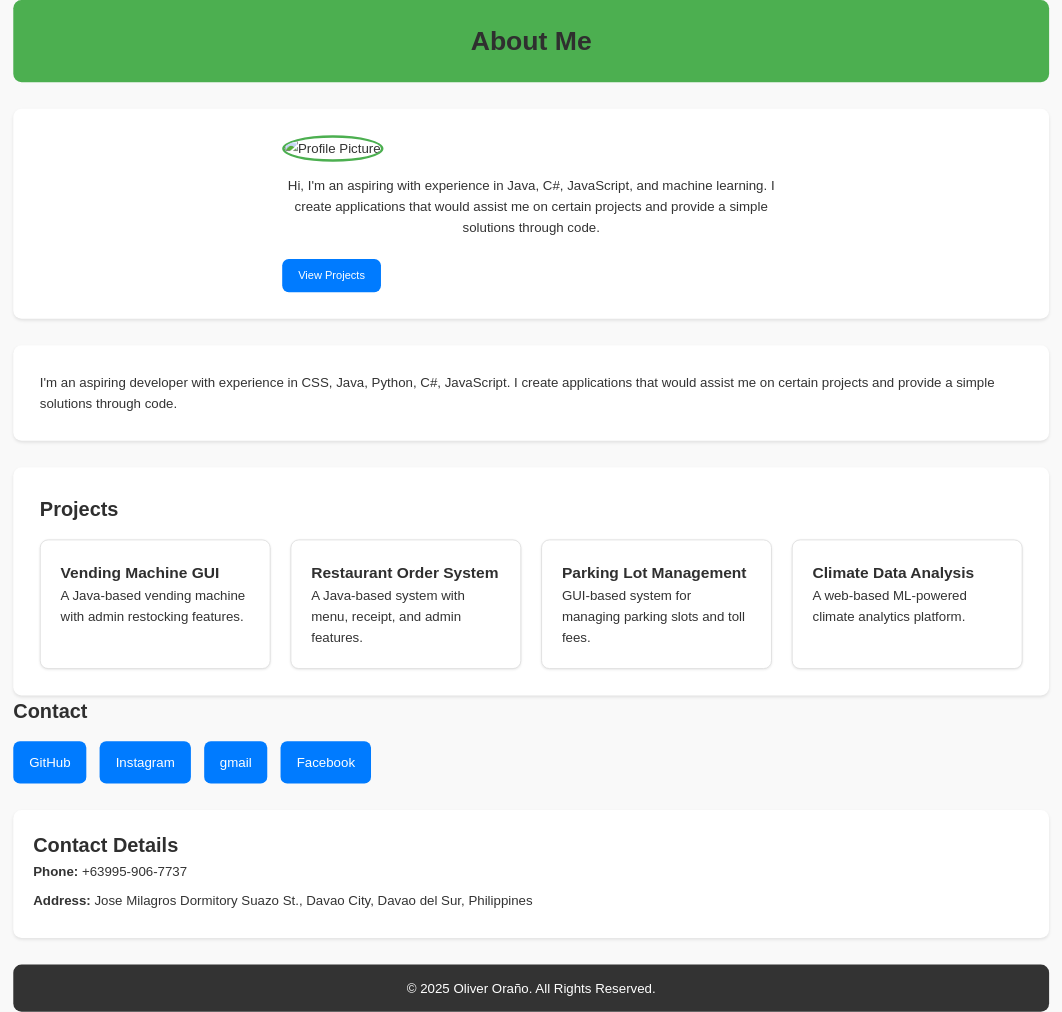
Repository: nightmar3fuel/portfolio.html
Page: my.html
These files come from the project's save history. The page is drawn as it stood at one moment and after the next save; the edit follows.
The browser window is 1280 px wide. The pictures show the whole page, at 83% of full size.

Above is the page before, as saved 2025-02-06 14:17:32.
Not found: profile.jpg

### my.html
<!DOCTYPE html>
<html lang="en">

<head>
    <meta charset="UTF-8">
    <meta name="viewport" content="width=device-width, initial-scale=1.0">
    <title>About Me - Portfolio</title>
    <link rel="stylesheet" href="styles.css">
</head>

<body>
    <header>
        <h1>About Me</h1>
    </header>
    <section id="profile">
        <div class="profile-container">
            <img src="profile.jpg" alt="Profile Picture" class="profile-picture">
            <p class="profile-description">Hi, I'm an aspiring with experience in Java, C#, JavaScript, and machine learning. I create applications that would assist me on certain projects and provide a simple solutions through code.</p>
            <button class="view-projects-btn" onclick="window.location.href='projects.html'">View Projects</button>
        </div>
    </section>
    <section id="about">
        <p>I'm an aspiring developer with experience in CSS, Java, Python, C#, JavaScript. I create applications that would assist me on certain projects and provide a simple solutions through code.</p>
    </section>
    <section id="projects">
        <h2>Projects</h2>
        <div class="project-container">
            <div class="project" onclick="openProject('#')">
                <h3>Vending Machine GUI</h3>
                <p>A Java-based vending machine with admin restocking features.</p>
            </div>
            <div class="project" onclick="openProject('#')">
                <h3>Restaurant Order System</h3>
                <p>A Java-based system with menu, receipt, and admin features.</p>
            </div>
            <div class="project" onclick="openProject('#')">
                <h3>Parking Lot Management</h3>
                <p>GUI-based system for managing parking slots and toll fees.</p>
            </div>
            <div class="project" onclick="openProject('#')">
                <h3>Climate Data Analysis</h3>
                <p>A web-based ML-powered climate analytics platform.</p>
            </div>
        </div>
    </section>
    <section id="contact">
        <h2>Contact</h2>
        <div class="contact-links">
            <a href="https://github.com/nightmar3fuel" target="_blank">GitHub</a>
            <a href="https://instagram.com/oliverrrrro" target="_blank">Instagram</a>
            <a href="oliverorano141@gmail.com">gmail</a>
            <a href="https://facebook.com/oliver.orano" target="_blank">Facebook</a>

        </div>
    </section>
    <section id="contact-details">
        <h2>Contact Details</h2>
        <p><strong>Phone:</strong> +63995-906-7737</p>
        <p><strong>Address:</strong> Jose Milagros Dormitory Suazo St., Davao City, Davao del Sur, Philippines</p>
    </section>
    <footer>
        <p>&copy; 2025 Oliver Oraño. All Rights Reserved.</p>
    </footer>
    <script src="script.js"></script>
</body>

</html>

### styles.css
/* General Reset */

* {
    margin: 0;
    padding: 0;
    box-sizing: border-box;
    font-family: 'Arial', sans-serif;
}

body {
    background-color: #f9f9f9;
    color: #333;
    line-height: 1.6;
    padding: 0 1rem;
}

header {
    background-color: #4CAF50;
    color: white;
    padding: 1.5rem 0;
    text-align: center;
    border-radius: 10px;
    margin-bottom: 2rem;
}

h1,
h2,
h3 {
    color: #2f2f2f;
}


/* Profile Section */

#profile {
    display: flex;
    flex-direction: column;
    align-items: center;
    text-align: justify;
    background: white;
    padding: 2rem;
    margin-bottom: 2rem;
    border-radius: 10px;
    box-shadow: 0 2px 4px rgba(0, 0, 0, 0.1);
}

.profile-picture {
    width: 150px;
    height: 150px;
    border-radius: 50%;
    object-fit: cover;
    border: 3px solid #4CAF50;
    margin-bottom: 1rem;
}

.profile-description {
    max-width: 600px;
    text-align: center;
    margin-bottom: 1.5rem;
}

.view-projects-btn {
    background-color: #007BFF;
    color: white;
    padding: 0.8rem 1.2rem;
    border: none;
    border-radius: 8px;
    cursor: pointer;
    transition: background-color 0.2s ease;
}

.view-projects-btn:hover {
    background-color: #0056b3;
}


/* About Section */

#about {
    background: white;
    padding: 2rem;
    margin-bottom: 2rem;
    border-radius: 10px;
    box-shadow: 0 2px 4px rgba(0, 0, 0, 0.1);
}


/* Projects Section */

#projects {
    background: white;
    padding: 2rem;
    border-radius: 10px;
    box-shadow: 0 2px 4px rgba(0, 0, 0, 0.1);
}

.project-container {
    display: grid;
    grid-template-columns: repeat(auto-fill, minmax(250px, 1fr));
    gap: 1.5rem;
    margin-top: 1rem;
}

.project {
    background-color: #fff;
    padding: 1.5rem;
    border: 1px solid #ddd;
    border-radius: 10px;
    box-shadow: 0 1px 3px rgba(0, 0, 0, 0.1);
    cursor: pointer;
    transition: transform 0.2s, box-shadow 0.2s;
}

.project:hover {
    transform: translateY(-5px);
    box-shadow: 0 4px 8px rgba(0, 0, 0, 0.2);
}


/* Contact Links */

.contact-links {
    display: flex;
    flex-wrap: wrap;
    gap: 1rem;
    margin: 1rem 0;
}

.contact-links a {
    text-decoration: none;
    color: white;
    background-color: #007BFF;
    padding: 0.8rem 1.2rem;
    border-radius: 8px;
    transition: background-color 0.2s ease;
    display: flex;
    align-items: center;
    gap: 0.5rem;
}

.contact-links a img {
    width: 20px;
    height: 20px;
}

.contact-links a:hover {
    background-color: #0056b3;
}


/* Contact Details */

#contact-details {
    background: white;
    padding: 1.5rem;
    margin-top: 2rem;
    border-radius: 10px;
    box-shadow: 0 2px 4px rgba(0, 0, 0, 0.1);
}

#contact-details p {
    margin-bottom: 0.5rem;
}


/* Footer */

footer {
    background-color: #333;
    color: white;
    text-align: center;
    padding: 1rem 0;
    margin-top: 2rem;
    border-radius: 10px;
}

### script.js
function openProject(url) {
    if (url !== "#") {
        window.open(url, "_blank");
    } else {
        alert("Project link not available yet!");
    }
}

document.addEventListener("DOMContentLoaded", function() {
    document.querySelectorAll(".project").forEach(function(project) {
        project.addEventListener("click", function() {
            const url = this.getAttribute("onclick").match(/'([^']+)'/)[1];
            openProject(url);
        });
    });
});

After the next save:
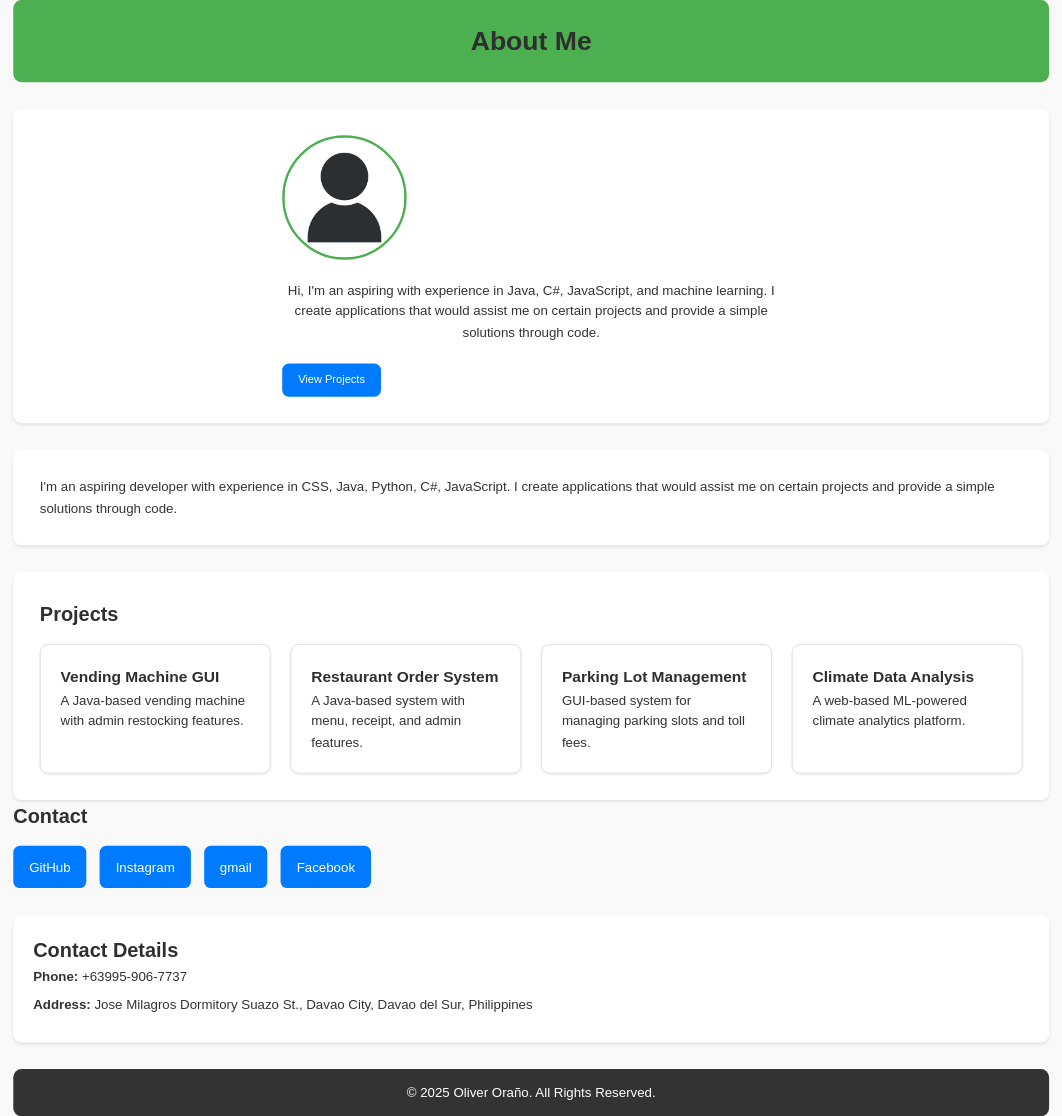
Saved 42 s later.
--- a/my.html
+++ b/my.html
@@ -14,7 +14,7 @@
     </header>
     <section id="profile">
         <div class="profile-container">
-            <img src="profile.jpg" alt="Profile Picture" class="profile-picture">
+            <img src="human.jpg" alt="Profile Picture" class="profile-picture">
             <p class="profile-description">Hi, I'm an aspiring with experience in Java, C#, JavaScript, and machine learning. I create applications that would assist me on certain projects and provide a simple solutions through code.</p>
             <button class="view-projects-btn" onclick="window.location.href='projects.html'">View Projects</button>
         </div>
